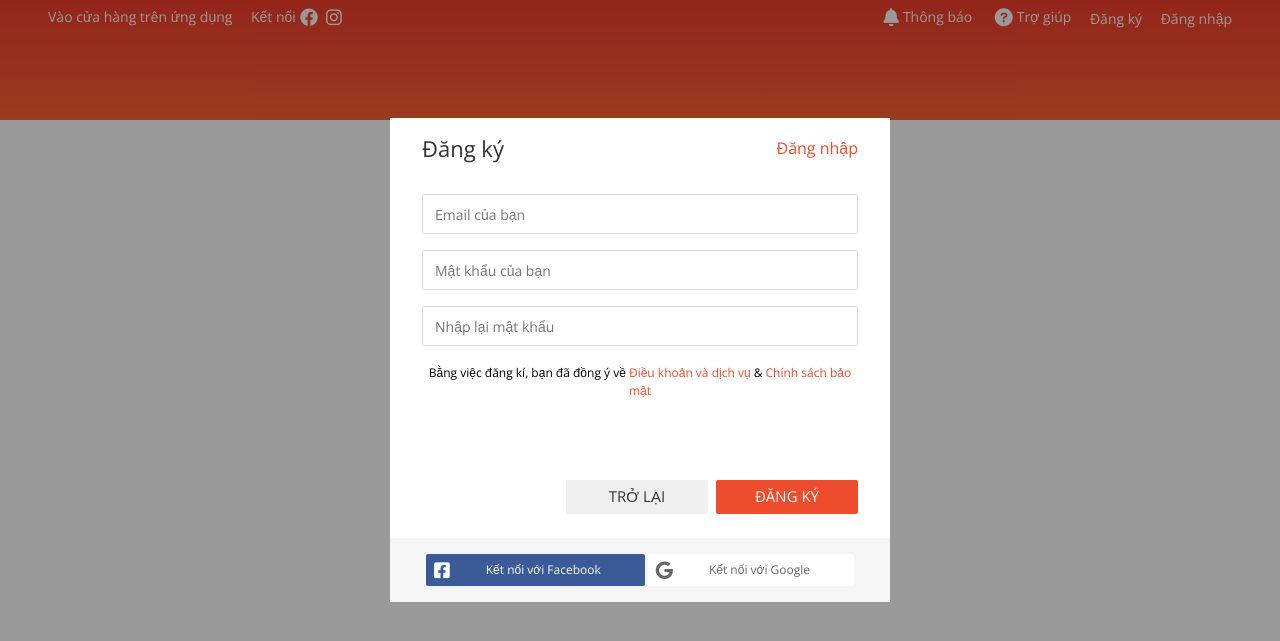
Repository: trongtamdev/Clone-Shopee-Page
Page: index.html
The author's editor kept a copy of each file at every save. The page is drawn from the files as they stood at one save, then again after the next save.
The browser window is 1280 px wide. The pictures show the whole page.

Above is the page before, as saved 2022-07-08 22:19:15.

After the next save:
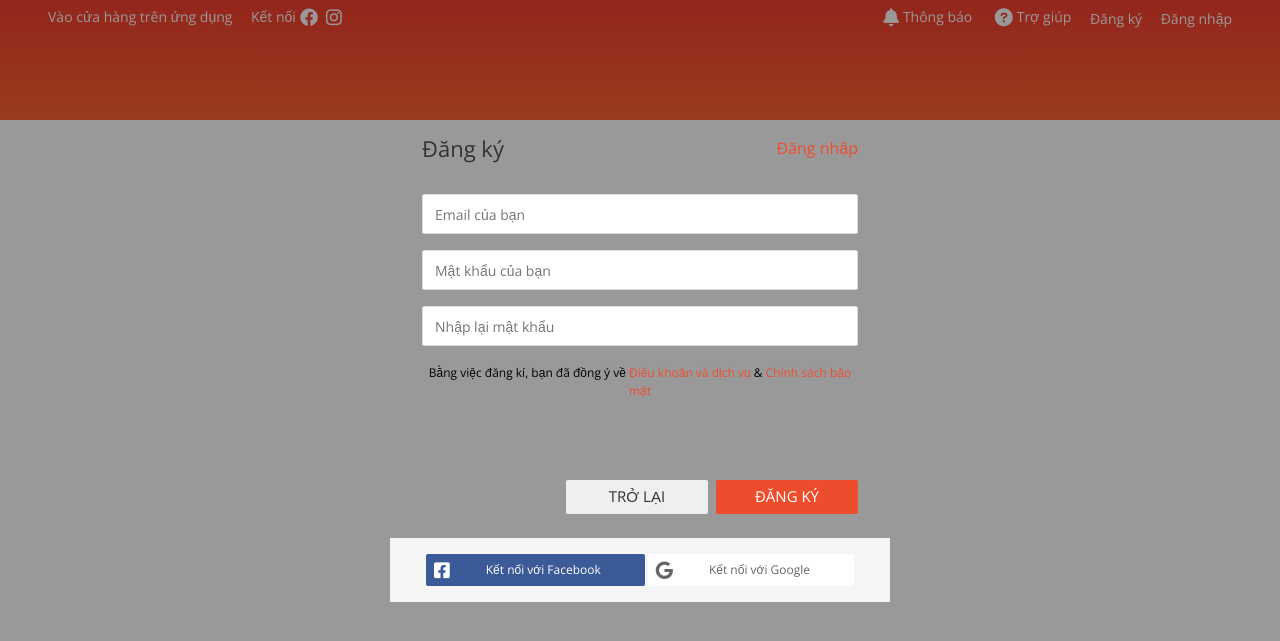
Saved 15 s later.
--- a/assets/css/base.css
+++ b/assets/css/base.css
@@ -60,8 +60,6 @@ html {
 }
 
 .modal__body {
-
-    background-color: var(--white-color);
     margin: auto;
     position: relative;
     z-index: 1;

After the save that followed:
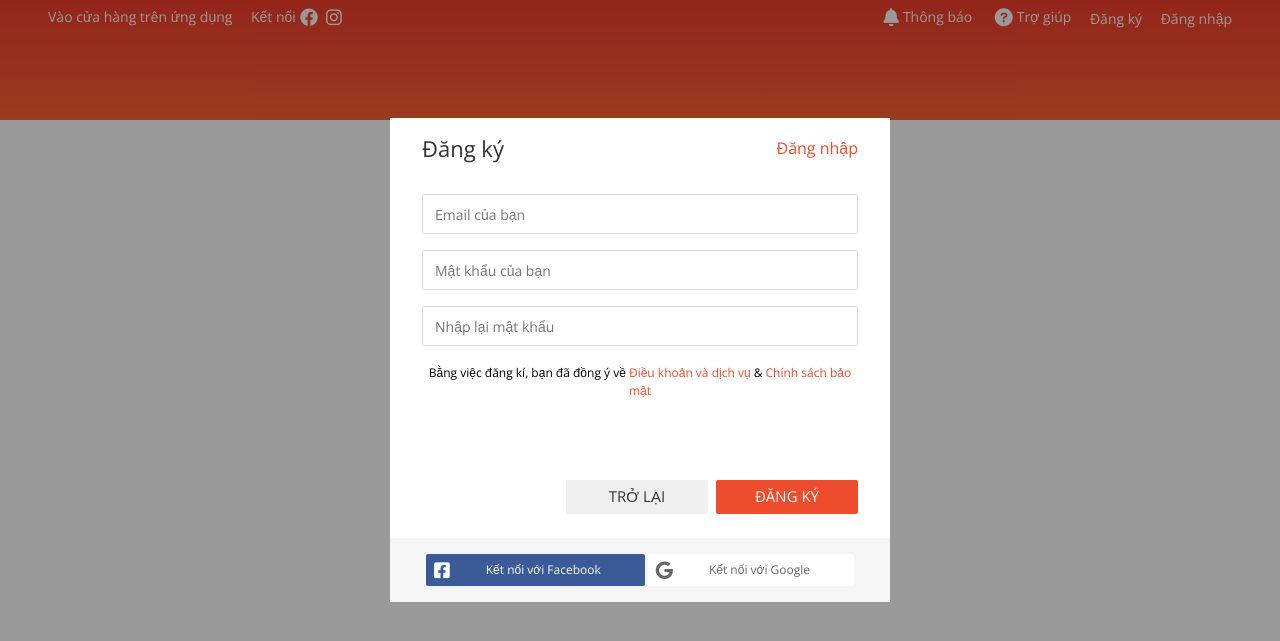
Saved 22 s later.
--- a/assets/css/main.css
+++ b/assets/css/main.css
@@ -116,7 +116,7 @@
 
 .auth-form {
     width: 500px;
-
+    background-color: var(--white-color);
 }
 
 
